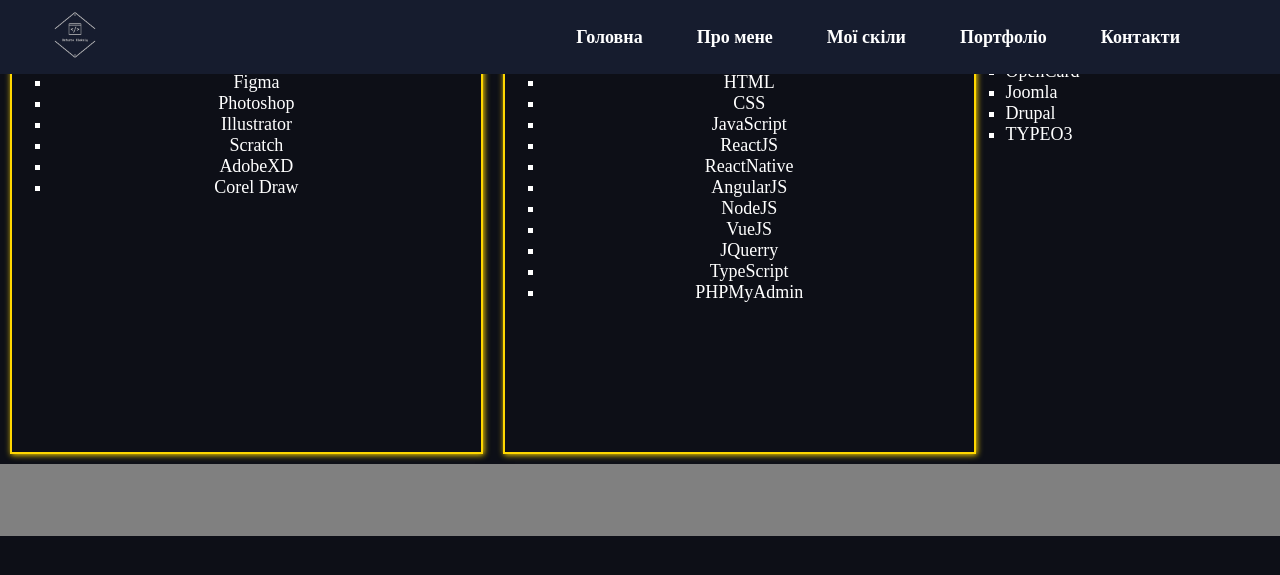
Repository: qtqqrdy13/cv-2
Page: index.html
An editor plug-in stored every save of this project. The page is shown before and after the next save, followed by the edit.
The browser window is 1280 px wide. The pictures show the whole page.

Above is the page before, as saved 2023-10-09 11:22:03.

After the next save:
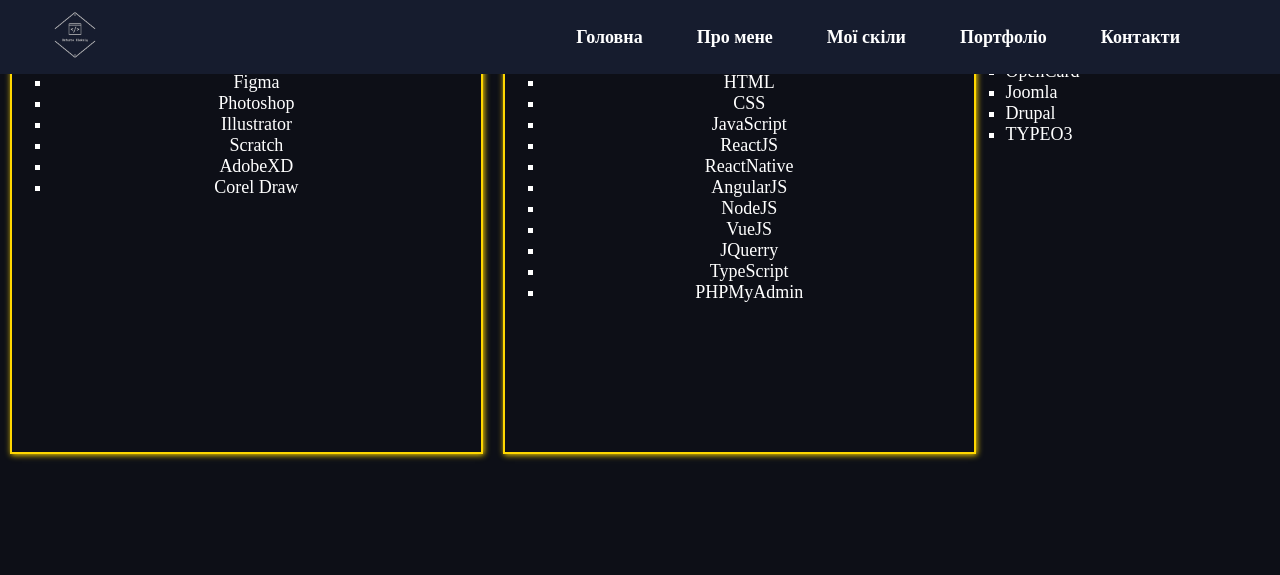
Saved 51 s later.
--- a/index.html
+++ b/index.html
@@ -69,13 +69,6 @@
             </div>
         </div>
     </div>
-    <div class="angry-grid">
-        <div id="item-0">&nbsp;</div>
-        <div id="item-1">&nbsp;</div>
-        <div id="item-2">&nbsp;</div>
-        <div id="item-3">&nbsp;</div>
-        <div id="item-4">&nbsp;</div>
-        <div id="item-5">&nbsp;</div>
-      </div>
+
 </body>
 </html>
--- a/main.css
+++ b/main.css
@@ -309,73 +309,3 @@ h2:hover{
     }
 
 }
-.angry-grid {
-    display: grid;
-
-    grid-template-rows: 1fr 1fr 1fr 1fr 1fr 1fr 1fr 1fr 1fr;
-    grid-template-columns: 1fr 1fr 1fr 1fr 1fr;
-
-    gap: 0px;
-    height: 100%;
-
- }
-
- #item-0 {
-
-    background-color: grey;
-    grid-row-start: 1;
-    grid-column-start: 1;
-
-    grid-row-end: 3;
-    grid-column-end: 4;
-
- }
- #item-1 {
-
-    background-color: grey;
-    grid-row-start: 1;
-    grid-column-start: 4;
-
-    grid-row-end: 5;
-    grid-column-end: 6;
-
- }
- #item-2 {
-
-    background-color: grey;
-    grid-row-start: 3;
-    grid-column-start: 1;
-
-    grid-row-end: 5;
-    grid-column-end: 4;
-
- }
- #item-3 {
-
-    background-color: grey;
-    grid-row-start: 5;
-    grid-column-start: 1;
-
-    grid-row-end: 7;
-    grid-column-end: 4;
-
- }
- #item-4 {
-
-    background-color: grey;
-    grid-row-start: 7;
-    grid-column-start: 1;
-
-    grid-row-end: 9;
-    grid-column-end: 4;
-
- }
- #item-5 {
-
-    background-color: grey;
-    grid-row-start: 5;
-    grid-column-start: 4;
-
-    grid-row-end: 9;
-    grid-column-end: 6;
- }
